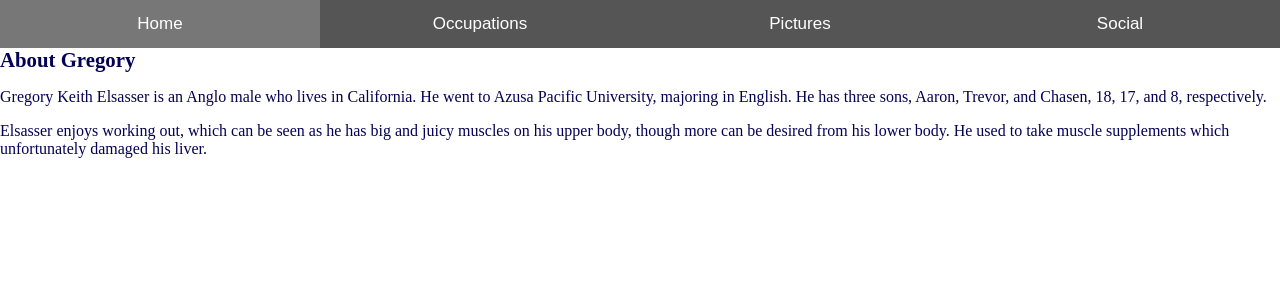
Repository: mtcheng7104/mtcheng7104.github.io
Page: website/website.html
The author's editor kept a record of every edit. The page is drawn from the files as they stood at one moment, then again after the next edit.
The browser window is 1280 px wide. The pictures show the whole page.

Above is the page before.

After the next edit:
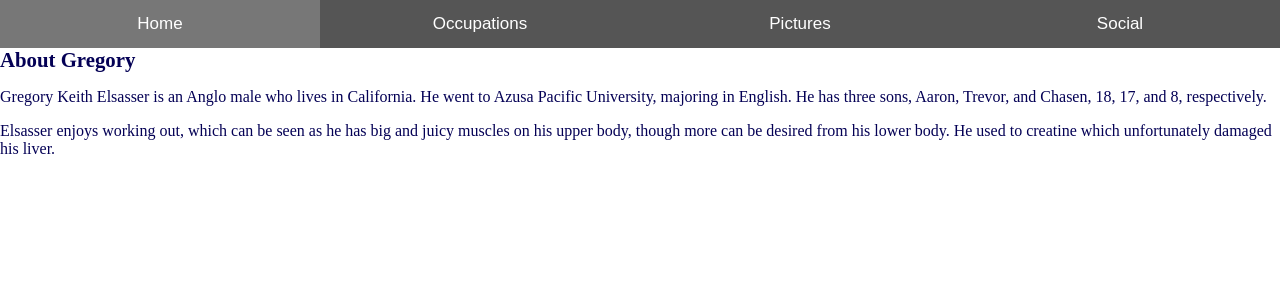
The edit:
--- a/website/website.html
+++ b/website/website.html
@@ -28,7 +28,7 @@
             </p>
             <p>
                 Elsasser enjoys working out, which can be seen as he has big and juicy muscles on his upper body,
-                though more can be desired from his lower body. He used to take muscle supplements which unfortunately damaged
+                though more can be desired from his lower body. He used to creatine which unfortunately damaged
                 his liver.
             </p>
         </div>
